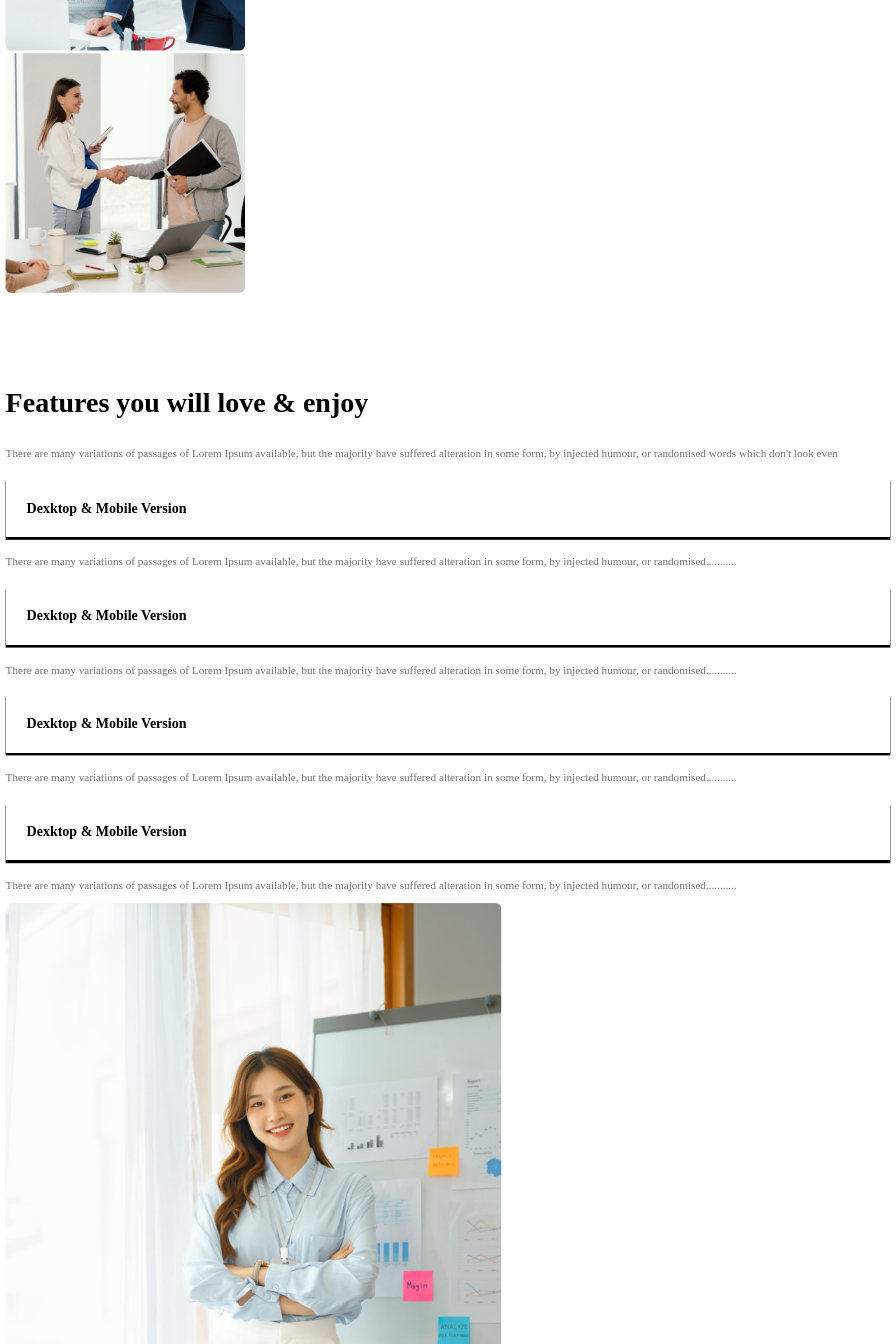
Repository: tanimtanzilislam/g3-architect-website
Page: index.html
An editor plug-in stored every save of this project. The page is shown before and after a run of saves, followed by the edit.
The browser window is 1280 px wide. The pictures show the part of the page from y = 2263 to 4183 px (the page is 6203 px tall), at 70% of full size.

Above is the page before, as saved 2026-02-06 22:32:23.

After the next 2 saves:
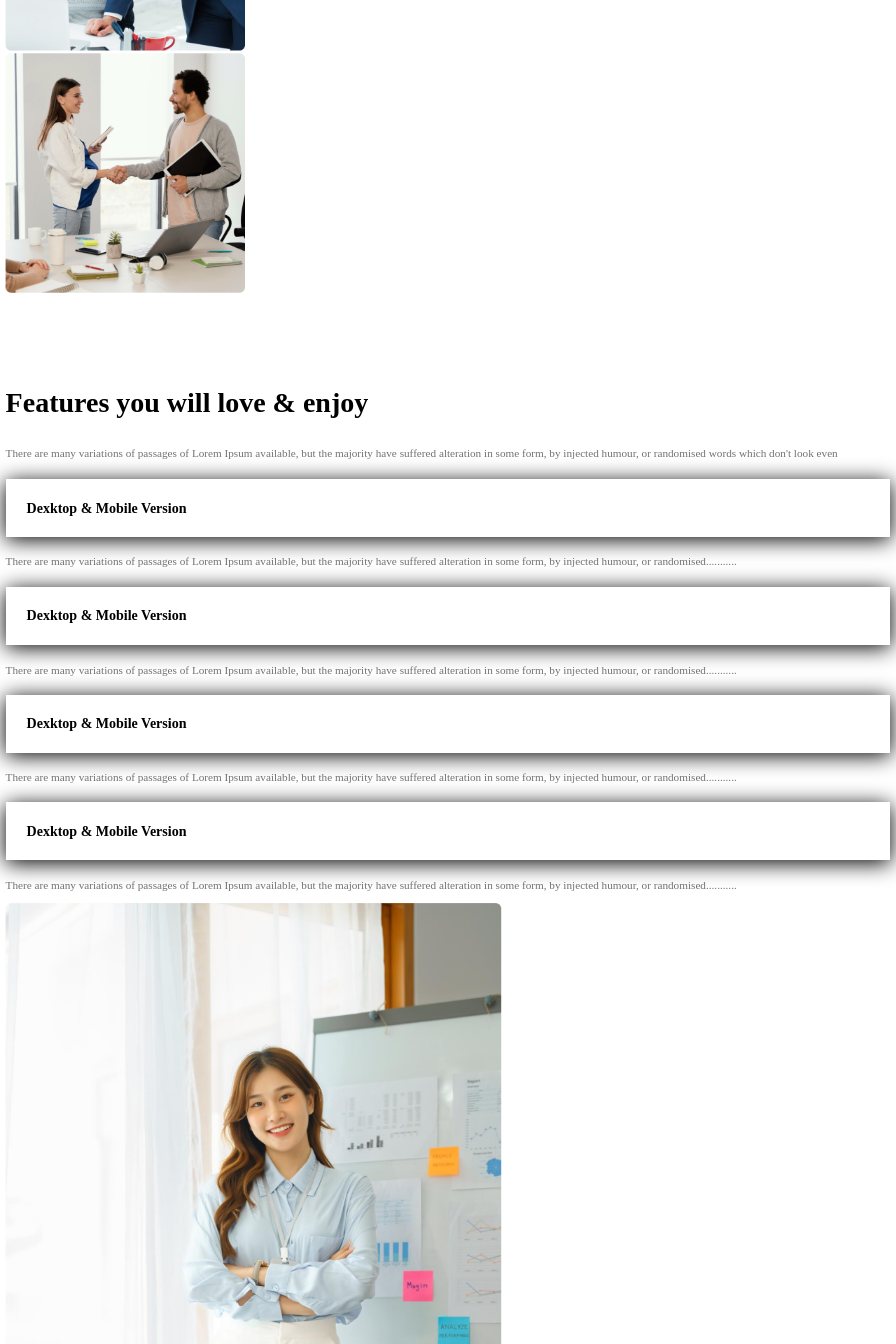
The 2 saves are shown as one change because they came seconds apart.
The last was saved 6 s later.
--- a/styles/styles.css
+++ b/styles/styles.css
@@ -116,7 +116,8 @@
   font-weight:600;
   font-size:1.25rem;
   padding:30px;
-  box-shadow: 0 4px  ;
+  box-shadow: 0 4px 30px 0 ;
+
 }
 /* Some Facts related styles */
 .fact-card{
